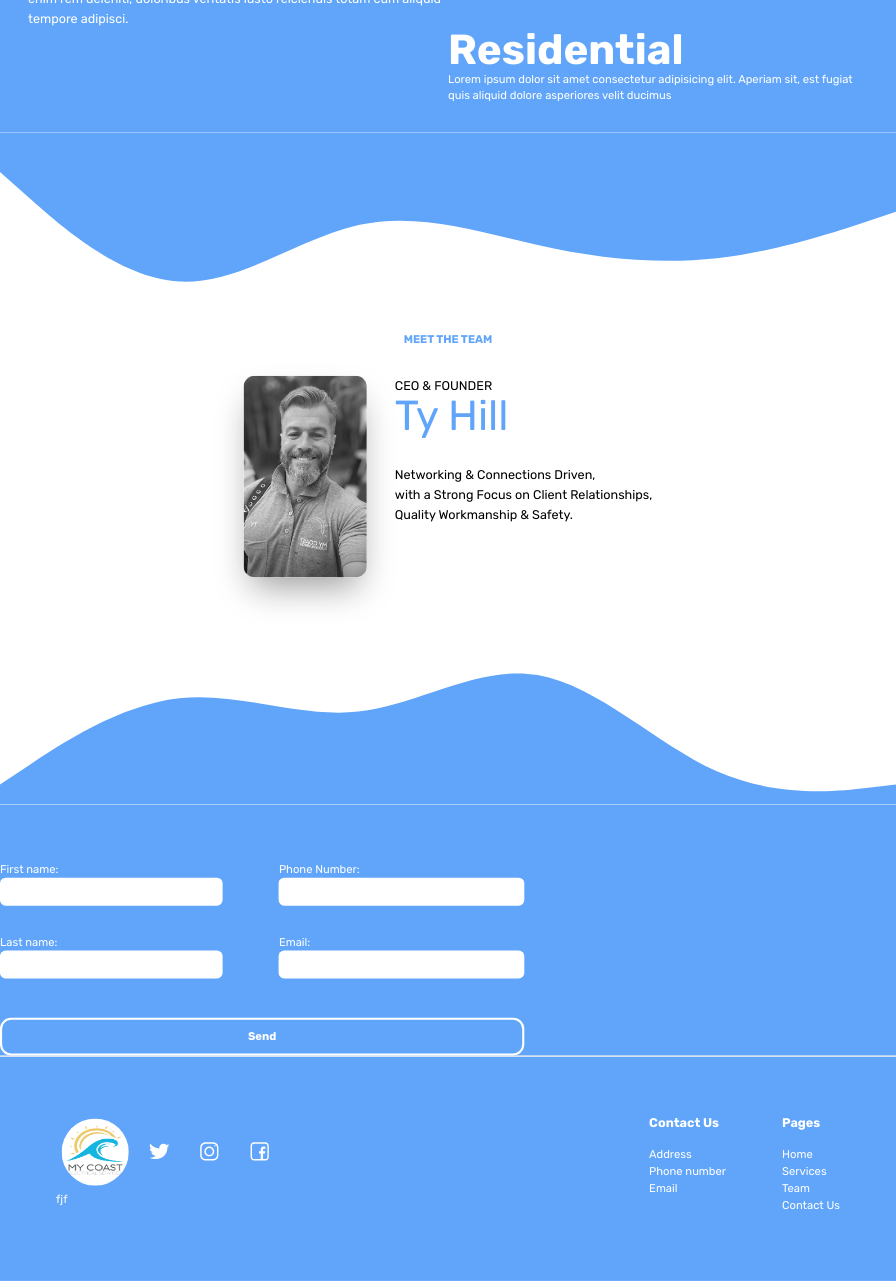
Repository: Jace-Kington/mce-website
Page: /
An editor plug-in stored every save of this project. The page is shown before and after the next save, followed by the edit.
The browser window is 1280 px wide. The pictures show the part of the page from y = 1377 to 3297 px (the page is 3207 px tall before and 3297 px after), at 70% of full size.
The project was rebuilt for these pictures with package versions that can differ from the ones it lists, and the page was loaded fresh each time. The framework's server and built-in components were replaced by stand-ins that run in the browser. Also part of the build but not shown: next.config.js.

Above is the page before, as saved 2022-11-12 14:27:57.

### pages/index.js

import Navbar from '../components/Navbar'
import Services from '../components/Services'
import MeetUs from '../components/Meet-us'
import ContactUs from '../components/ContactUs'
import Footer from '../components/Footer'

export default function Home() {
  return (
    <div>
      <head>
        <link rel="preconnect" href="https://fonts.googleapis.com"/>
        <link rel="preconnect" href="https://fonts.gstatic.com" crossorigin/>
        <link href="https://fonts.googleapis.com/css2?family=Rubik:ital,wght@0,400;0,500;0,700;0,900;1,800;1,900&display=swap" rel="stylesheet"/>
        <meta charset="UTF-8"/>
        <meta name="viewport" content="width=device-width, initial-scale=1.0, user-scalable=0"/>
        <title>My Coat Electrical</title>
      </head>
      <Navbar/>
      <Services/>
      <MeetUs/>
      <ContactUs/>
      <Footer/>
    </div>
  )
}

### styles/globals.css
@tailwind base;
@tailwind components;
@tailwind utilities;

* {
  font-family: 'Rubik';
}

### components/Navbar.jsx
import React from 'react'
import Image from 'next/image'
import image_2 from '../assets/logo-1.png'
import HamburgerMenu from './Hamburger'
import Link from 'next/link'

const Navbar = () => {
  return (
    <div className=''>
      <div className='flex justify-between items-center md:hidden'>
      <Image alt = "" src={image_2} className='rounded-full p-2 h-28 w-28' />

        <HamburgerMenu className = ''/>
      </div>

      <div className='md:flex hidden justify-between items-center ml-5 mr-5'>
        <Image alt = "" src={image_2} className='rounded-full p-2 h-28 w-28' />
        <div className='flex gap-10 items-center'>
          <a className='hover:text-blue-400 transition ease-in' href='#services-section'>
            Services
          </a>

          <a className='hover:text-blue-400 transition ease-in ' href="#meet-us">
            Team
          </a>

          <div className=''>
            <a className='bg-blue-400 hover:bg-blue-500 transition ease-in rounded-2xl p-3' href="#contact-us">
              <span className='text-white'>Enquire Now</span>
            </a>
          </div>

        </div>
      </div>

      <div className='sm:grid sm:grid-cols-2'>
        <div className='text-center sm:text-left text-blue-400 mt-12 ml-12'>
          <div className='text-5xl sm:text-7xl'>
            The Best
          </div>
          <strong className='text-5xl sm:text-7xl'>Trade Services</strong>
          <div className='text-5xl sm:text-7xl'>
            On the Sunny Coast
          </div>

          <div className='outline-rounded mt-12 bg-white'>
            <a  style = {{'border-width': '4px', 'border-color': '#60a5fa'}} className='rounded-2xl hover:bg-blue-400 hover:text-white transition p-4' href="#contact-us">
              Get Started
            </a>
          </div>
        </div>
        <div className='md:flex hidden'>
            <Image src={image_2} alt= ""/>
        </div>
      </div>
      <svg xmlns="http://www.w3.org/2000/svg" viewBox="0 0 1440 320"><path fill="#60a5fa" fill-opacity="1" d="M0,192L48,186.7C96,181,192,171,288,160C384,149,480,139,576,144C672,149,768,171,864,197.3C960,224,1056,256,1152,261.3C1248,267,1344,245,1392,234.7L1440,224L1440,320L1392,320C1344,320,1248,320,1152,320C1056,320,960,320,864,320C768,320,672,320,576,320C480,320,384,320,288,320C192,320,96,320,48,320L0,320Z"></path></svg>
    </div>
  )
}

export default Navbar

### components/Services.tsx
import React from 'react'

const Services = () => {
  return (
    <div id = 'services-section' className = 'bg-blue-400'>
        <div className = 'text-white text-center font-semibold text-lg uppercase underline-offset-1'>Our Services</div>
        <div className = 'grid grid-cols-2 m-10'>
            <div className = ''>
                <div className = 'text-white text-3xl sm:text-6xl font-bold'>Commercial</div>
                <div className = 'text-white text-lg'>Lorem ipsum dolor sit, amet consectetur adipisicing elit. Eaque culpa at enim rem deleniti, doloribus veritatis iusto reiciendis totam cum aliquid tempore adipisci. </div>
            </div>
            <div className = ''>

            </div>
            <div>

            </div>
            <div>
                <div className = 'text-white text-3xl sm:text-6xl font-bold'>Residential</div>
                <div className = 'text-white'>Lorem ipsum dolor sit amet consectetur adipisicing elit. Aperiam sit, est fugiat quis aliquid dolore asperiores velit ducimus </div>
            </div>
        </div>
        <svg className = 'bg-white' xmlns="http://www.w3.org/2000/svg" viewBox="0 0 1440 320">
        <path fill="#60a5fa" fill-opacity="1" d="M0,64L48,106.7C96,149,192,235,288,240C384,245,480,171,576,149.3C672,128,768,160,864,181.3C960,203,1056,213,1152,202.7C1248,192,1344,160,1392,144L1440,128L1440,0L1392,0C1344,0,1248,0,1152,0C1056,0,960,0,864,0C768,0,672,0,576,0C480,0,384,0,288,0C192,0,96,0,48,0L0,0Z"></path>
        </svg>
    </div>
  )
}

export default Services

### components/Meet-us.tsx
import React from 'react'
import Image from 'next/image'
import image_2 from '../assets/ty-photo.png'


const MeetUs = () => {
  return (
    <div id = "meet-us" className = 'max-w-[100%]'>
        <div className = 'text-blue-400 uppercase font-semibold text-center'>Meet the Team</div>

        <div className = 'justify-center flex gap-10 m-10'>
            <div>
              <Image alt = "" className = 'rounded-2xl shadow-2xl shadow-blue-400 grayscale h-72 w-44' src = {image_2}/>
            </div>
            <div>
                <div className = 'uppercase text-lg'>CEO & Founder</div>
                <div className = 'text-6xl text-blue-400 pb-10'>Ty Hill</div>
                <div className = 'text-lg'>
                  <div className = ''>Networking & Connections Driven, </div>
                  <div>with a Strong Focus on Client Relationships,</div>
                  <div>Quality Workmanship & Safety.</div>
                </div>

            </div>
        </div>

        <svg xmlns="http://www.w3.org/2000/svg" viewBox="0 0 1440 320"><path fill="#60a5fa" fill-opacity="1" d="M0,288L48,256C96,224,192,160,288,149.3C384,139,480,181,576,170.7C672,160,768,96,864,112C960,128,1056,224,1152,266.7C1248,309,1344,299,1392,293.3L1440,288L1440,320L1392,320C1344,320,1248,320,1152,320C1056,320,960,320,864,320C768,320,672,320,576,320C480,320,384,320,288,320C192,320,96,320,48,320L0,320Z"></path></svg>
    </div>
  )
}

export default MeetUs

### components/ContactUs.jsx
import React, { useRef } from 'react'
import emailjs from '@emailjs/browser'
import { ToastContainer, toast } from 'react-toastify'
import 'react-toastify/dist/ReactToastify.css'

const ContactUs = () => {
  const toast_success = () => { toast('Email Sent!'); }
  const toast_fail = () => { toast('Error'); }

  const form = useRef();

  const sendEmail = (e) => {
    e.preventDefault();

    emailjs.sendForm('service_16oy9kb', 'template_p83nfjr', form.current, '7jHtCbxop4BW2nz9r')
      .then((result) => {
          console.log(result.text);
          toast_success();
      }, (error) => {
          console.log(error.text);
          toast_fail();
      });
  };

  return (
    <div id = "contact-us" className = 'bg-blue-400'>
        <div className = 'sm:flex'>
          <div className = 'text-white uppercase font-semibold p-20 text-8xl lg:hidden'>
              <div>We&apos;ll</div>
              <div>Be In</div>
              <div>Touch</div>
          </div>
          <div className='text-white uppercase font-semibold md:hidden'>
            We'll Be in Touch
          </div>
          <form ref = {form} onSubmit = {sendEmail} className = 'pt-20'>
            <div className = 'flex gap-20 '>
              <div className = 'flex flex-col gap-10'>
                <div>
                  <label className = 'text-white' for="fname">First name:</label>
                  <input className = 'rounded-lg p-2 outline-1 outline-white w-full' type="text" id="fname" name="fname"/>
                </div>
                <div>
                  <label className = 'text-white' for="lname">Last name:</label>
                  <input className = 'rounded-lg p-2 outline-1 outline-white w-full' type="text" id="lname" name="lname"/>
                </div>
              </div>
              <div>
              <div className = 'flex flex-col gap-10'>
                <div>
                  <label className = 'text-white' for="phonenumber">Phone Number:</label>
                  <input className = 'rounded-lg p-2 outline-1 outline-white w-full' type="text" id="phonenumber" name="phonenumber"/>
                </div>
                <div>
                  <label className = 'text-white' for="email">Email:</label>
                  <input className = 'rounded-lg p-2 outline-1 outline-white w-full' type="text" id="email" name="email"/>
                </div>
              </div>
              </div>
            </div>

            <div>
              <button style = {{'border-width': '3px', 'border-color': 'white'}} className = 'text-center w-full p-3 rounded-2xl font-semibold hover:text-blue-400 text-white transition ease-in bg-blue-400 hover:bg-white mt-14'>Send</button>
              <ToastContainer
  position="top-right"
  autoClose={5000}
  hideProgressBar={true}
  newestOnTop={false}
  closeOnClick
  rtl={false}
  pauseOnFocusLoss
  draggable
  pauseOnHover
  toastStyle = {{'background-color': 'rgb(34 197 94)', 'color': 'white', 'border-radius': '1rem', 'padding': '15px'}}
  />
            </div>
          </form>
        </div>
      </div>
  )
}

export default ContactUs

### components/Footer.tsx
import React from 'react'
import image_2 from '../assets/logo-1.png'
import Image from 'next/image'

const Footer = () => {
  return (
    <div className = 'border-t-2 border-gray pb-4 bg-blue-400'>
        <div className = 'flex justify-between text-white p-20'>
            <div className = ''>
                <div className = 'flex items-center gap-5'>
                <Image alt = "" src= {image_2} className = 'items-start rounded-full p-2 h-28 w-28'/>

                <div className = 'flex gap-10 text-white'>
                    <svg fill="#fff" xmlns="http://www.w3.org/2000/svg"  viewBox="0 0 16 16" width="32px" height="32px"><path d="M 15 3.296875 C 14.476563 3.523438 13.949219 3.691406 13.367188 3.746094 C 13.949219 3.410156 14.417969 2.84375 14.648438 2.226563 C 14.066406 2.5625 13.484375 2.789063 12.84375 2.902344 C 12.257813 2.339844 11.5 2 10.683594 2 C 9.109375 2 7.824219 3.242188 7.824219 4.765625 C 7.824219 4.988281 7.824219 5.214844 7.882813 5.386719 C 4.875 5.386719 2.8125 3.691406 1.414063 2 C 1.121094 2.394531 1.003906 2.902344 1.003906 3.410156 C 1.003906 4.367188 1.53125 5.214844 2.289063 5.722656 C 1.820313 5.667969 1.355469 5.554688 1.003906 5.386719 C 1.003906 5.386719 1.003906 5.386719 1.003906 5.441406 C 1.003906 6.796875 1.996094 7.921875 3.28125 8.148438 C 3.046875 8.203125 2.8125 8.261719 2.519531 8.261719 C 2.347656 8.261719 2.171875 8.261719 1.996094 8.207031 C 2.347656 9.335938 3.976563 10.632813 5.257813 10.632813 C 4.265625 11.363281 3.34375 12 1.5 12 C 1.265625 12 1.453125 12 1 12 C 2.28125 12.789063 3.800781 13 5.375 13 C 10.683594 13 13.542969 8.769531 13.542969 5.101563 C 13.542969 4.988281 13.542969 4.878906 13.542969 4.765625 C 14.125 4.367188 14.59375 3.863281 15 3.296875"/></svg>
                    <svg fill="#fff" xmlns="http://www.w3.org/2000/svg"  viewBox="0 0 16 16" width="32px" height="32px"><path d="M 4.773438 1 C 2.695313 1 1 2.695313 1 4.773438 L 1 10.230469 C 1 12.304688 2.695313 14 4.773438 14 L 10.230469 14 C 12.304688 14 14 12.304688 14 10.226563 L 14 4.773438 C 14 2.695313 12.304688 1 10.226563 1 Z M 4.773438 2 L 10.226563 2 C 11.765625 2 13 3.234375 13 4.773438 L 13 10.226563 C 13 11.765625 11.765625 13 10.230469 13 L 4.773438 13 C 3.234375 13 2 11.765625 2 10.230469 L 2 4.773438 C 2 3.234375 3.234375 2 4.773438 2 Z M 11.5 3 C 11.222656 3 11 3.222656 11 3.5 C 11 3.777344 11.222656 4 11.5 4 C 11.777344 4 12 3.777344 12 3.5 C 12 3.222656 11.777344 3 11.5 3 Z M 7.5 4 C 5.574219 4 4 5.574219 4 7.5 C 4 9.425781 5.574219 11 7.5 11 C 9.425781 11 11 9.425781 11 7.5 C 11 5.574219 9.425781 4 7.5 4 Z M 7.5 5 C 8.886719 5 10 6.113281 10 7.5 C 10 8.886719 8.886719 10 7.5 10 C 6.113281 10 5 8.886719 5 7.5 C 5 6.113281 6.113281 5 7.5 5 Z"/></svg>
                    <svg fill="#fff" xmlns="http://www.w3.org/2000/svg"  viewBox="0 0 16 16" width="32px" height="32px"><path d="M 3.5 1 C 2.1250151 1 1 2.1250151 1 3.5 L 1 11.5 C 1 12.874985 2.1250151 14 3.5 14 L 11.5 14 C 12.874985 14 14 12.874985 14 11.5 L 14 3.5 C 14 2.1250151 12.874985 1 11.5 1 L 3.5 1 z M 3.5 2 L 11.5 2 C 12.335015 2 13 2.6649849 13 3.5 L 13 11.5 C 13 12.335015 12.335015 13 11.5 13 L 9.9042969 13 L 9.9042969 8.9667969 L 11.300781 8.9667969 L 11.509766 7.3574219 L 9.9042969 7.3574219 L 9.9042969 6.3320312 C 9.9042969 5.8660312 10.034031 5.5488281 10.707031 5.5488281 L 11.566406 5.5488281 L 11.566406 4.109375 C 11.417406 4.089375 10.907453 4.046875 10.314453 4.046875 C 9.0764531 4.046875 8.2304688 4.795875 8.2304688 6.171875 L 8.2304688 7.3574219 L 7 7.3535156 L 7 8.9628906 L 8.2304688 8.9667969 L 8.2304688 13 L 3.5 13 C 2.6649849 13 2 12.335015 2 11.5 L 2 3.5 C 2 2.6649849 2.6649849 2 3.5 2 z"/></svg>
                </div>
                </div>


                <div className = ''>
                    <div>fjf</div>
                </div>
            </div>

            <div className='flex gap-20'>
                <div className = ''>
                    <div className = 'text-lg font-bold pb-5'>
                        Contact Us
                    </div>
                    <div>
                        Address
                    </div>
                    <div>
                        Phone number
                    </div>
                    <div>
                        Email
                    </div>
                </div>

                <div>
                    <div className = 'text-lg font-bold pb-5'>
                        Pages
                    </div>

                    <div>
                        Home
                    </div>
                    <div>
                        Services
                    </div>
                    <div>
                        Team
                    </div>
                    <div>
                        Contact Us
                    </div>
                </div>
            </div>
        </div>
    </div>
  )
}

export default Footer

### components/Hamburger.jsx
import Link from 'next/link'
import { slide as Menu } from 'react-burger-menu'

const HamburgerMenu = () => (<div className='relative p-2'>
    <Menu customBurgerIcon={<HamburgerIcon />} width={'auto'} className='left-0 top-12' >
        <Links />
    </Menu>
</div>)

const HamburgerIcon = () => (<div className='p-1/2'><svg className="w-8 h-8 text-gray-500" fill="none" strokeLinecap="round" strokeLinejoin="round" strokeWidth="2" viewBox="0 0 24 24" stroke="currentColor"><path d="M4 6h16M4 12h16M4 18h16"></path></svg></div>)

export const Links = () => (<>
    <Link href="/">Home</Link>
    <Link href="/about">About</Link>
</>)

export default HamburgerMenu

Loaded but not shown: pages/_app.js (common file); tailwind.config.js (common file)

After the next save:
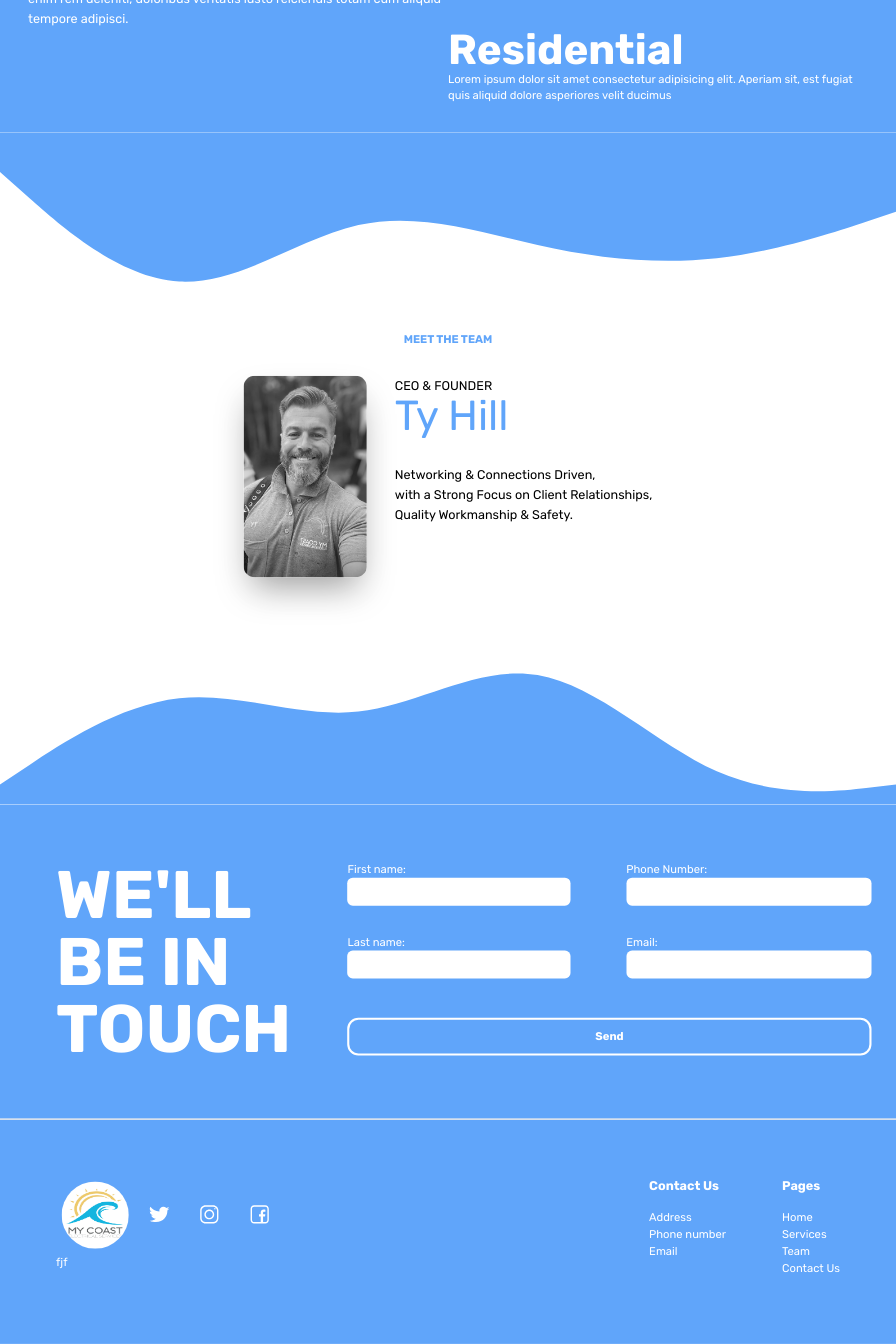
Saved 40 s later.
--- a/components/ContactUs.jsx
+++ b/components/ContactUs.jsx
@@ -25,10 +25,10 @@ const ContactUs = () => {
   return (
     <div id = "contact-us" className = 'bg-blue-400'>
         <div className = 'sm:flex'>
-          <div className = 'text-white uppercase font-semibold p-20 text-8xl lg:hidden'>
-              <div>We&apos;ll</div>
-              <div>Be In</div>
-              <div>Touch</div>
+          <div className = 'text-white uppercase font-semibold p-20 text-8xl'>
+              <div className='md:flex hidden'>We&apos;ll</div>
+              <div className='md:flex hidden'>Be In</div>
+              <div className='md:flex hidden'>Touch</div>
           </div>
           <div className='text-white uppercase font-semibold md:hidden'>
             We'll Be in Touch
